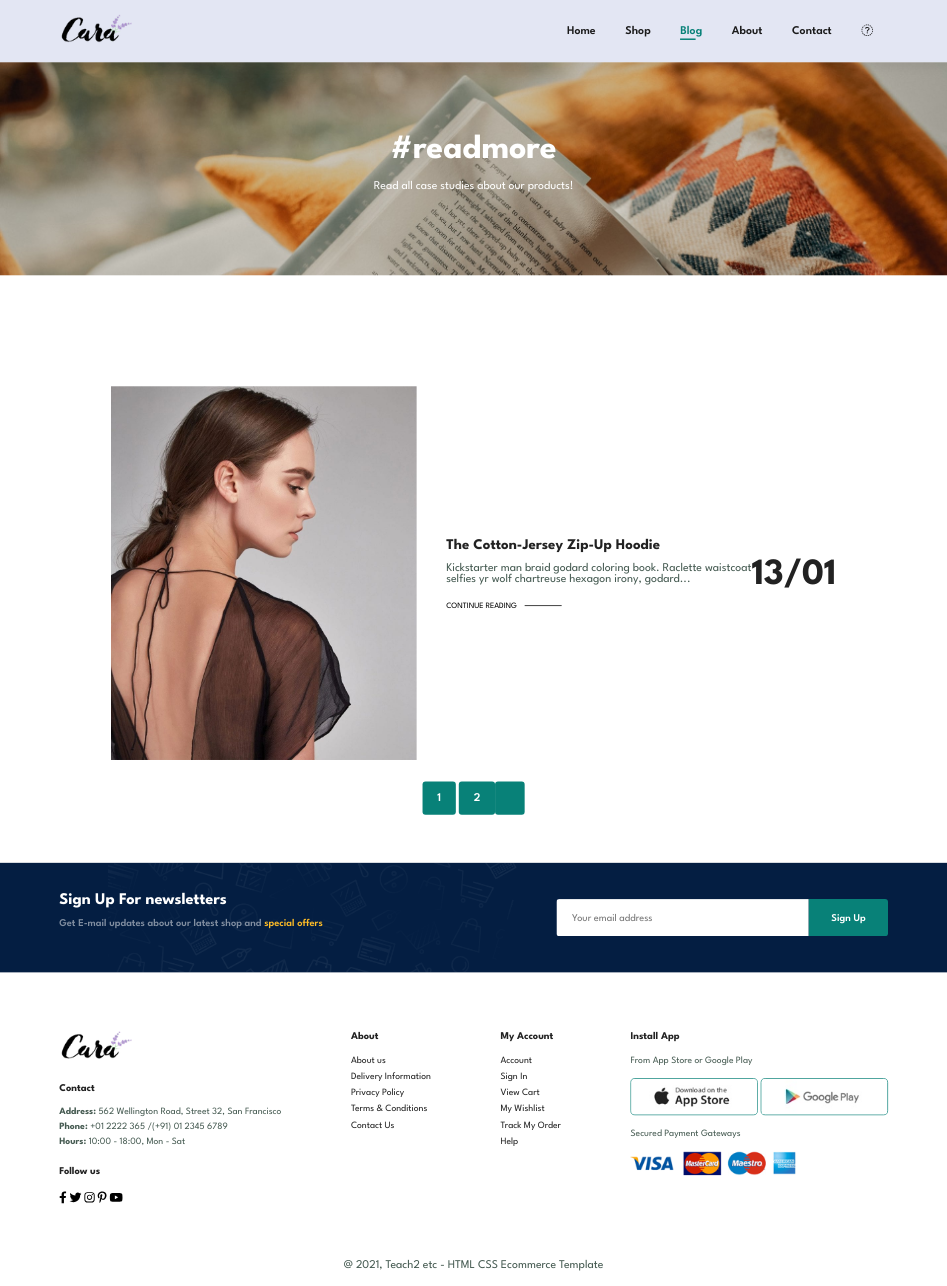
Repository: quy261001/cara
Page: blog.html
These files come from the project's save history. The page is drawn as it stood at one moment and after a run of saves; the edit follows.
The browser window is 1280 px wide. The pictures show the whole page, at 74% of full size.

Above is the page before, as saved 2022-05-03 22:26:13.

After the next 3 saves:
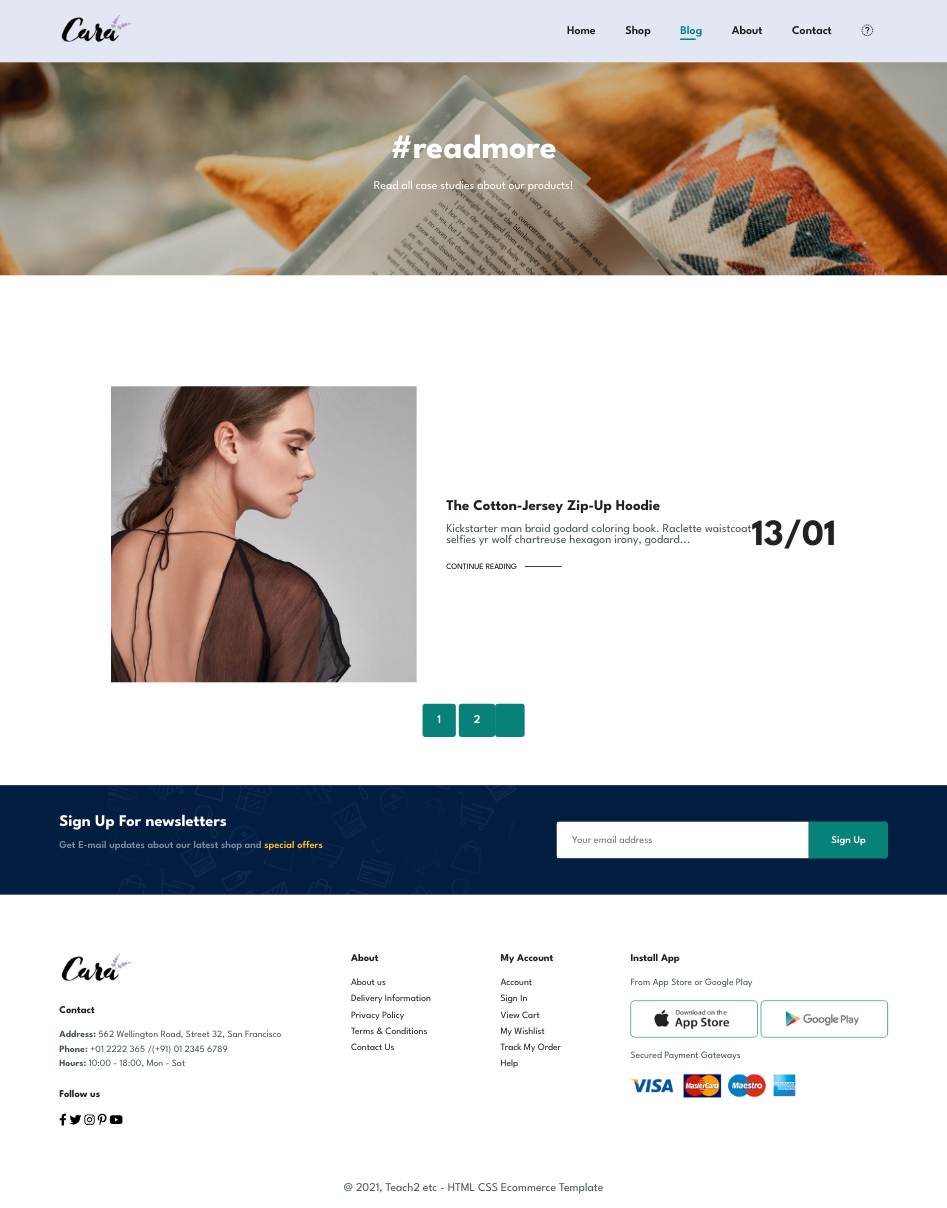
The 3 saves are shown as one change because they came seconds apart.
The last was saved 11 s later.
--- a/style.css
+++ b/style.css
@@ -579,7 +579,7 @@ footer a:hover {
 }
 .blog img {
   width: 100%;
-  height: 20%;
+  height: 400px;
   object-fit: cover;
 }
 .blog .blog-details {
